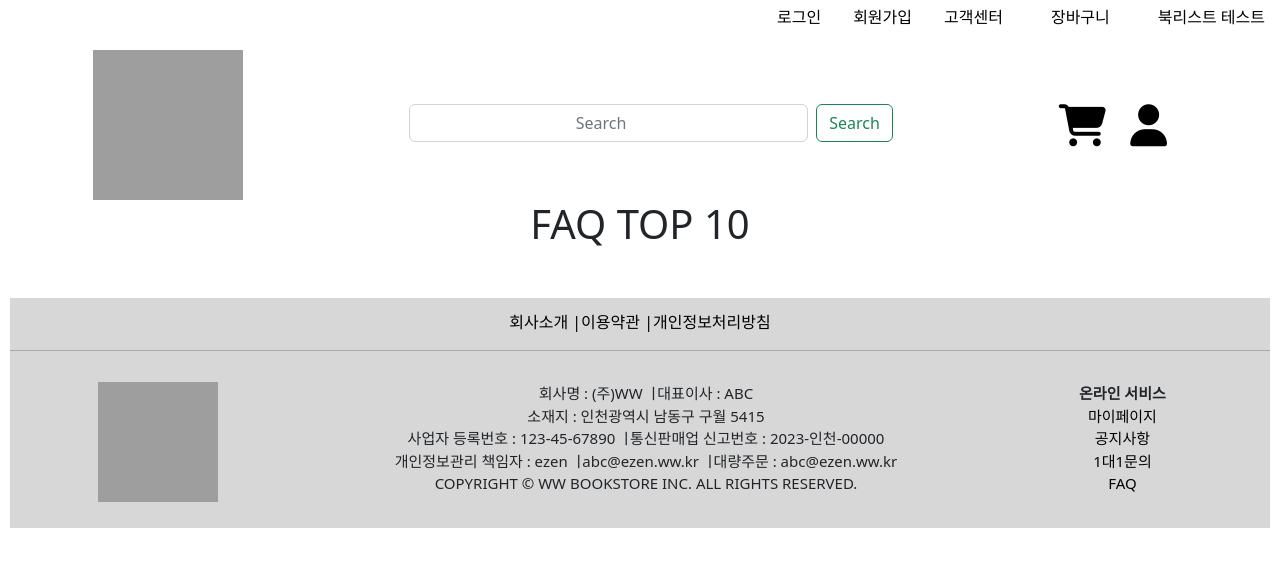
Repository: bongbongi/book1
Page: http://localhost/book/WEB-INF/views/board/boardFaq.jsp
These files come from the project's save history. The page is drawn as it stood at one moment and after the next save; the edit follows.
The browser window is 1280 px wide. The pictures show the whole page.
Pictures or frames that could not be fetched are drawn as grey boxes. Some web libraries are served in a nearby version. The page is served by Tomcat 9. Nobody is signed in. Other server files are loaded and not shown. The template is opened directly, without the code that normally fills it, so the values that code supplies are empty.

Above is the page before, as saved 2023-01-07 03:42:45.

### book/src/main/webapp/WEB-INF/views/board/boardFaq.jsp
<%@ page language="java" contentType="text/html; charset=UTF-8" pageEncoding="UTF-8"%>
<%@ taglib uri="http://java.sun.com/jsp/jstl/core" prefix="c"%>
<!DOCTYPE html>
<html>
<head>
<meta charset="UTF-8">
<title>Insert title here</title>
<link href="https://cdn.jsdelivr.net/npm/bootstrap@5.2.3/dist/css/bootstrap.min.css" rel="stylesheet" integrity="sha384-rbsA2VBKQhggwzxH7pPCaAqO46MgnOM80zW1RWuH61DGLwZJEdK2Kadq2F9CUG65" crossorigin="anonymous">
<script src="https://cdn.jsdelivr.net/npm/bootstrap@5.2.3/dist/js/bootstrap.bundle.min.js" integrity="sha384-kenU1KFdBIe4zVF0s0G1M5b4hcpxyD9F7jL+jjXkk+Q2h455rYXK/7HAuoJl+0I4" crossorigin="anonymous"></script>
<style>
*{
	text-align: center;
}
.accordion-flush {
	margin: 50px auto;
	width: 500px;

}
.accordion-body{
	text-align: left;
}
</style>
</head>
<body>
	<jsp:include page="../layout/header.jsp"></jsp:include>
	<h1>FAQ TOP 10</h1>
	<div class="accordion accordion-flush" id="accordionFlushExample">
		<c:forEach items="${li }" var="faq" varStatus="i" begin="0" end="9">
			<div class="accordion-item">
				<h2 class="accordion-header" id="flush-heading${i.count }">
					<button class="accordion-button collapsed" type="button" data-bs-toggle="collapse" data-bs-target="#flush-collapse${i.count }" aria-expanded="false" aria-controls="flush-collapse${i.count }">${i.count} ${faq.faq_question }</button>
				</h2>
				<div id="flush-collapse${i.count }" class="accordion-collapse collapse" aria-labelledby="flush-heading${i.count }" data-bs-parent="#accordionFlushExample">
					<div class="accordion-body">${faq.faq_answer }</div>
				</div>
			</div>
		</c:forEach>
	</div>
	<jsp:include page="../layout/footer.jsp"></jsp:include>
</body>
</html>

### book/src/main/webapp/WEB-INF/views/layout/header.jsp
<%@ page language="java" contentType="text/html; charset=UTF-8"
    pageEncoding="UTF-8"%>
<%@ taglib uri="http://java.sun.com/jsp/jstl/core" prefix="c"%>
<!-- CSS only -->
<link href="https://cdn.jsdelivr.net/npm/bootstrap@5.2.2/dist/css/bootstrap.min.css"
rel="stylesheet" integrity="sha384-Zenh87qX5JnK2Jl0vWa8Ck2rdkQ2Bzep5IDxbcnCeuOxjzrPF/et3URy9Bv1WTRi"
crossorigin="anonymous">
<!DOCTYPE html>
<html>
<head>
<script src="https://kit.fontawesome.com/92e616dfba.js" crossorigin="anonymous"></script>
<meta charset="UTF-8">
<title>Insert title here</title>
<style>
body{
}
.header{
    margin:0 auto;
    width: 1260px;
    height: 200px;
   /*  background-color: pink; */
}
.menu{
	display: flex;
	justify-content: flex-end;
	padding:5px;

}
.logo{
    width: 150px;
    height: 150px;
    background-color: blue;
}
.logo>a>img{
 	width: 150px;
    height: 150px;
}
.searchBar{
	/* position:absolute; */
    width: 484px;
    height: 42px;
    /* background-color: gold; */
    margin-top:54px;
    border-radius: 30px;

}
.bar{

	height: 150px;
	display: flex;
	flex-direction: row;
	flex-wrap:nowrap;
	justify-content:space-around;
/* 	align-items: baseline; */


}
i{
    font-size: 42px;
    color: black;
    margin-top:54px;
    margin-right: 20px;
}
</style>
</head>
<body>

<div class="header">
    <div class="menu">
        <c:if test="${ses.mem_id ==null}">
        <ul><a href="/mem/loginPage">로그인</a></ul>
        <ul><a href="/mem/joinPage">회원가입</a></ul>
        </c:if>
        <c:if test="${ses.mem_id == 'admin' }">
        <ul><a href="/mem/logOut">로그아웃</a></ul>
        <ul><a href="/mem/adminpage">관리인페이지</a></ul>
        </c:if>
        <c:if test="${ses.mem_id !=null && ses.mem_id !='admin' }">
        <ul><a href="/mem/logOut">로그아웃</a></ul>
        <ul><a href="/mem/mypage">마이페이지</a></ul>
        </c:if>
        <ul><a href="#">고객센터</a></ul>
        <ul><a href="#">장바구니　　</a></ul>
        <ul><a href="/b/list">북리스트 테스트</a></ul>
    </div>
    <div class="bar">
	    <div class="logo">
			<a href="/"><img src="./resources/logo.jpg" alt="로고"></a>
	    </div>
			<div class="searchBar">
				<form class="d-flex" role="search">
			        <input class="form-control me-2" type="search" placeholder="Search" aria-label="Search">
			        <button class="btn btn-outline-success" type="submit">Search</button>
		        </form>
			</div>
	    <div class="icons">
			<a href=""><i class="fa-solid fa-cart-shopping"></i></a>
            <a href=""><i class="fa-solid fa-user"></i></a>
	    </div>
    </div>
</div>
</body>
</html>

### book/src/main/webapp/WEB-INF/views/layout/footer.jsp
<%@ page language="java" contentType="text/html; charset=UTF-8"
	pageEncoding="UTF-8"%>
<!DOCTYPE html>
<html>
<head>
<meta charset="UTF-8">
<title>Insert title here</title>
<style>
.footer {
	width: 1260px;
	height: 230px;
	background-color: rgba(175, 175, 175, 0.5);
	margin: 0 auto;
}

.footer-logo {

	width: 120px;
	height: 120px;
	background-color: beige;
}
.footer-logo>img{
	width: 120px;
	height: 120px;
}

.address-box {
	text-align: left;
	padding: 0;
	margin: 0;
}

.address {
	padding: 15px;
	height: 150px;
	display: flex;
	font-size: 15px;
	/* align-items: baseline; */
	flex-direction: row;
	flex-wrap: nowrap;
	justify-content: space-around;
}

ul {
	list-style: none;
}

.footer, .address li {

}

.footer-top {
	text-align: center;
	padding-top: 12px;
}

.footer-top>ul {
	margin: 0;
	padding: 0;
	display: flex;
	justify-content: center;
}

.footer-top>li {
	margin: 0;
	padding: 0;
}

a {
	text-decoration-line: none;
	color: black;
}

a:visited {
	text-decoration: none;
}

a:hover {
	text-decoration: none;
}

a:focus {
	text-decoration: none;
}

a:hover, a:active {
	text-decoration: none;
}

.online-serviceBar {
	padding: 0px;
	margin-left: 20px;
	width: 120px;
	height: 120px;
}

.online-serviceBar>ul {
	margin: 0px;
	padding: 0px;
}

</style>

</head>

<body>
	<div class="footer">
		<div class="footer-top">
			<ul>
				<li><a href="">회사소개 | </a></li>
				<li><a href="">이용약관 | </a></li>
				<li><a href="">개인정보처리방침</a></li>
			</ul>
		</div>
		<hr>
		<div class="address">
			<div class="footer-logo">
				<img src="./resources/logo.jpg" alt="로고">
			</div>
			<div class="address-box">
				<ul>
					<li>회사명 : (주)WW <span style="margin-right: -7px;">ㅣ</span>
						대표이사 : ABC
					</li>

					<li>소재지 : 인천광역시 남동구 구월 5415</li>
					<li>사업자 등록번호 : 123-45-67890 <span style="margin-right: -7px;">ㅣ</span>
						통신판매업 신고번호 : 2023-인천-00000
					</li>

					<li>개인정보관리 책임자 : ezen <span style="margin-right: -7px;">ㅣ</span>
						abc@ezen.ww.kr <span style="margin-right: -7px;">ㅣ</span> 대량주문 :
						abc@ezen.ww.kr
					</li>

					<li>COPYRIGHT © WW BOOKSTORE INC. ALL RIGHTS RESERVED.</li>

				</ul>

			</div>
			<div class="online-serviceBar">
				<strong>온라인 서비스</strong>
				<ul>
					<li><a href="">마이페이지</a></li>
					<li><a href="">공지사항</a></li>
					<li><a href="">1대1문의</a></li>
					<li><a href="">FAQ</a></li>
				</ul>
			</div>
		</div>
	</div>

</body>
</html>

After the next save:
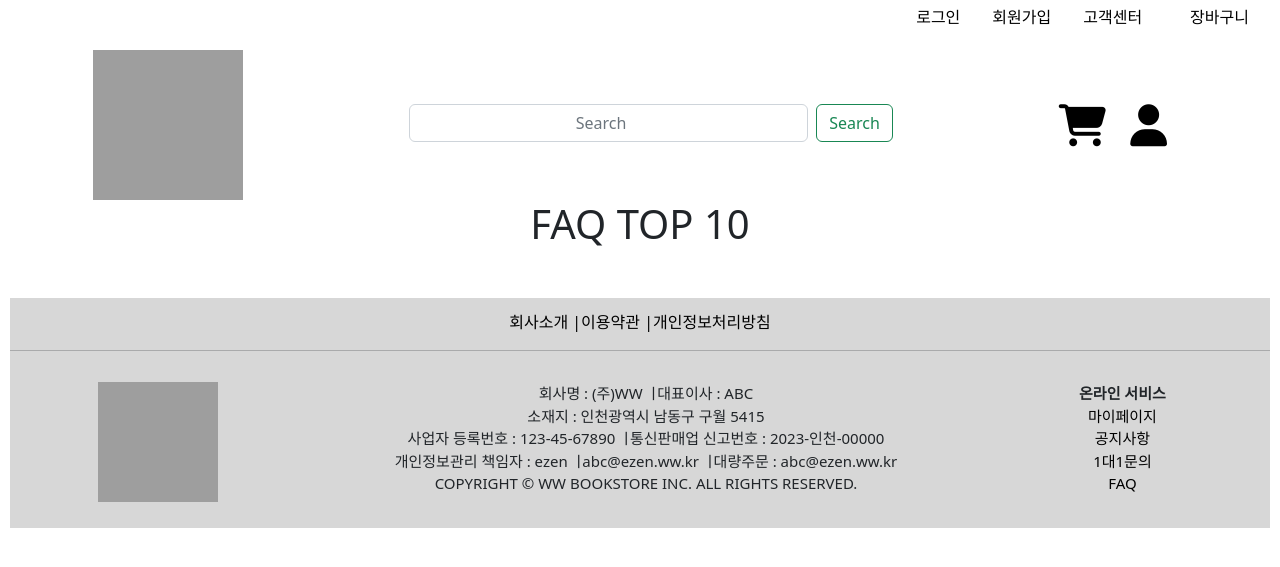
Saved 99 min 26 s later.
--- a/book/src/main/webapp/WEB-INF/views/layout/header.jsp
+++ b/book/src/main/webapp/WEB-INF/views/layout/header.jsp
@@ -81,7 +81,6 @@ i{
         </c:if>
         <ul><a href="#">고객센터</a></ul>
         <ul><a href="#">장바구니　　</a></ul>
-        <ul><a href="/b/list">북리스트 테스트</a></ul>
     </div>
     <div class="bar">
 	    <div class="logo">
